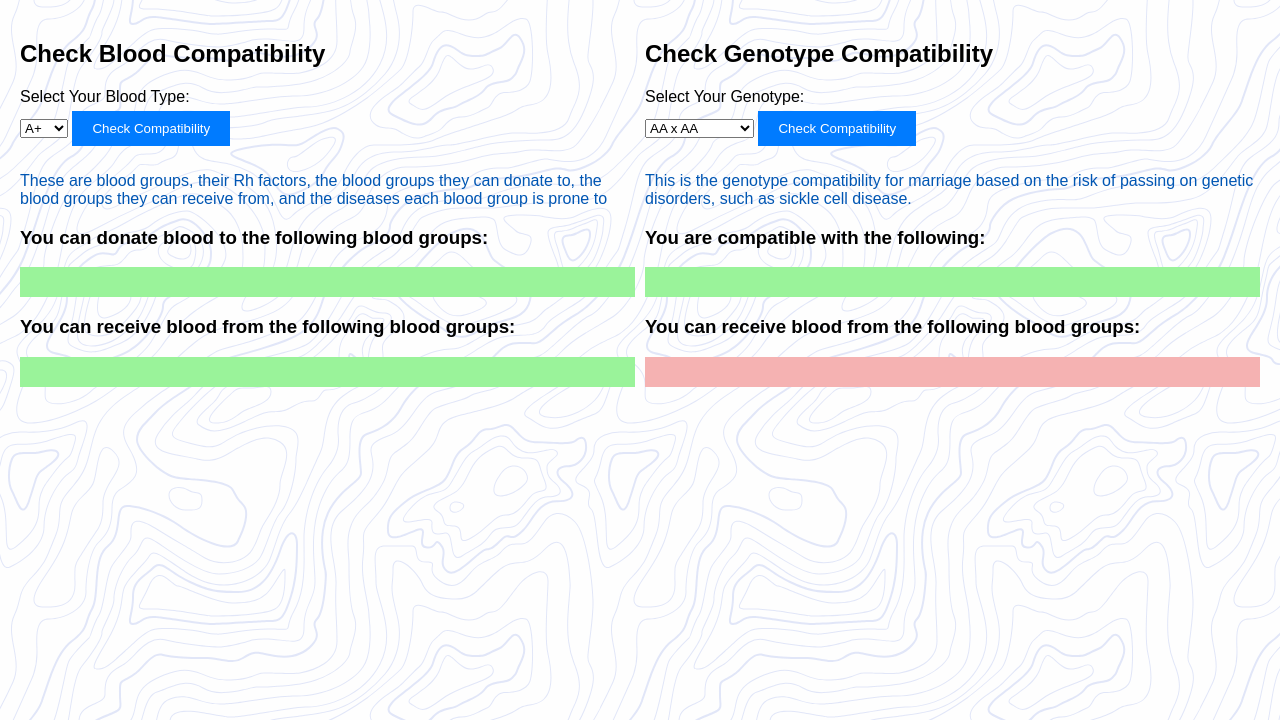
Repository: JuliusMonday/BloodMatch
Page: index.html
An editor plug-in stored every save of this project. The page is shown before and after the next save, followed by the edit.
The browser window is 1280 px wide. The pictures show the whole page.

Above is the page before, as saved 2024-05-03 11:33:45.

After the next save:
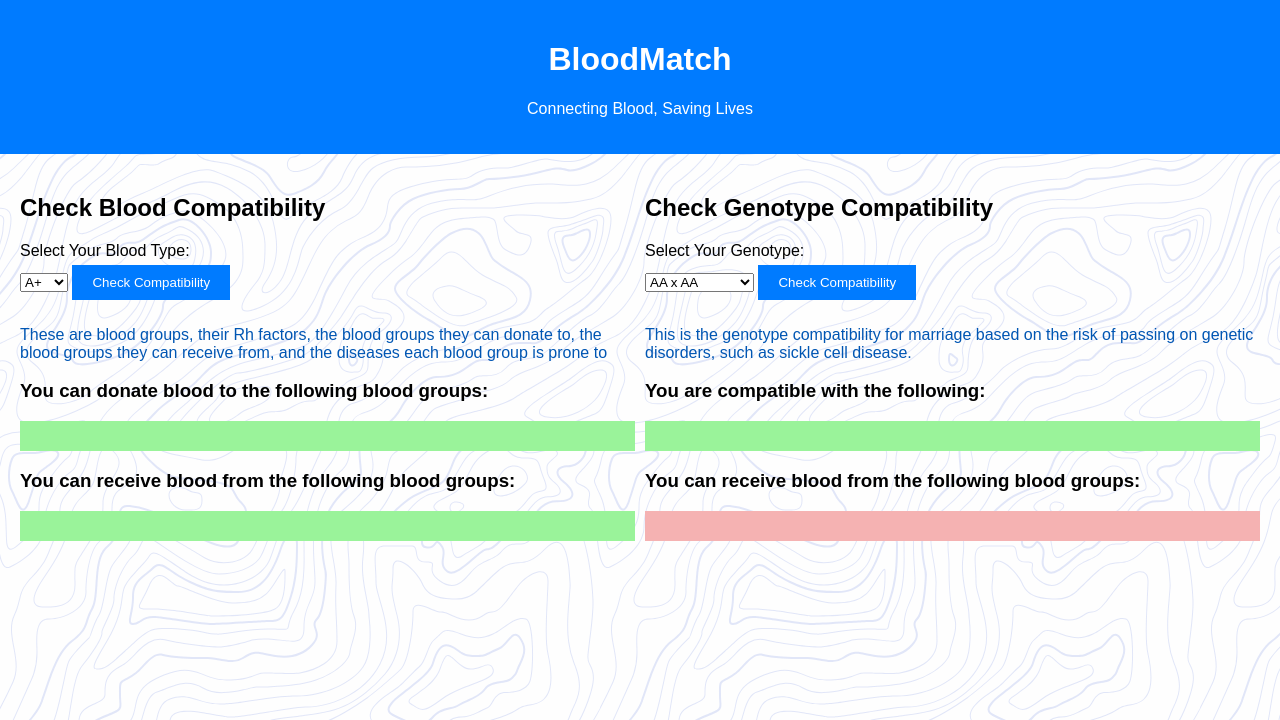
Saved 14 s later.
--- a/index.html
+++ b/index.html
@@ -7,10 +7,10 @@
   <link rel="stylesheet" href="style.css">
 </head>
 <body>
-  <!-- <header>
+  <header>
     <h1>BloodMatch</h1>
     <p>Connecting Blood, Saving Lives</p>
-  </header> -->
+  </header>
   <main>
     <section id="bloodType">
       <h1>Check Blood Compatibility</h1>
